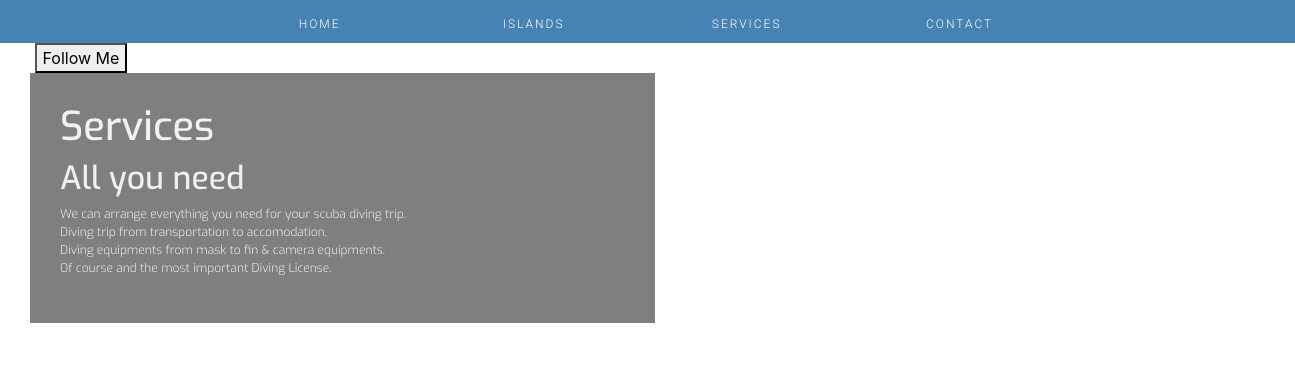
Repository: Code-Institute-Submissions/cathyann-diving.github.io
Page: services.html
The author's editor kept a record of every edit. The page is drawn from the files as they stood at one moment, then again after the next edit.
The browser window is 1280 px wide. The page is 1295 px wide, so the pictures cover 1295 px, including what lies to the right of the window. The pictures show the whole page.

Above is the page before.

### services.html
<!DOCTYPE html>
<html lang="en">

<head>
    <meta charset="UTF-8">
    <meta name="viewport" content="width=device-width, initial-scale=1.0">
    <meta http-equiv="X-UA-Compatible" content="ie=edge">
    <link rel="stylesheet" href="https://stackpath.bootstrapcdn.com/bootstrap/4.3.1/css/bootstrap.min.css" type="text/css">
    <link rel="stylesheet" href="https://stackpath.bootstrapcdn.com/font-awesome/4.7.0/css/font-awesome.min.css" type="text/css">
    <link rel="stylesheet" href="https://cdnjs.cloudflare.com/ajax/libs/hover.css/2.3.1/css/hover-min.css" type="text/css">
    <link rel="stylesheet" href="assets/css/style.css" type="text/css">
    <title>Diving</title>
</head>

<body>
    <div class="row">
        <div class="navbar">
            <div class="col">
                <ul id="nav" class="list-inline menucontainer">
                    <li class="col-0 col-sm-0 col-lg-2 list-inline-item menuitem"></li>
                    <li class="col-6 col-sm-3 col-lg-2 list-inline-item menuitem">
                        <a href="home.html" class="hvr-sweep-to-bottom"><span>Home</span></a>
                    </li>
                    <li class="col-6 col-sm-3 col-lg-2 list-inline-item menuitem">
                        <a href="islands.html" class="hvr-sweep-to-bottom"><span>Islands</span></a>
                    </li>
                    <li class="col-6 col-sm-3 col-lg-2 list-inline-item menuitem">
                        <a href="services.html" class="hvr-sweep-to-bottom"><span>Services</span></a>
                    </li>
                    <li class="col-6 col-sm-3 col-lg-2 list-inline-item menuitem">
                        <a href="contact.html" class="hvr-sweep-to-bottom"><span>Contact</span></a>
                    </li>
                    <li class="col-0 col-sm-0 col-lg-2 list-inline-item menuitem"></li>
                </ul>
            </div>
        </div>
    </div>
    <div class="col">
        <div class="main container" id="Home">
            <img src="#" alt="">
            <div class="content col-12 col-sm-6 col-lg-6">
            <h1>Services</h1>
            <h2>All you need</h2>
            <p>We can arrange everything you need for your scuba diving trip.<br>
            Diving trip from transportation to accomodation,<br>
            Diving equipments from mask to fin & camera equipments.<br>
            Of course and the most important Diving License.<br>
        </div>
        <button>Follow Me</button>
    </div>





</body>

</html>

### assets/css/style.css
@import url('https://fonts.googleapis.com/css?family=Roboto:100,200,300,400,500,600,700|Exo:100,200,300,400,500,600,700');

/*--------------------------------------------Landing.html */

.bg-landing {
    position: fixed;
    background-image: url("../images/jellyfish.jpg");
    display: inline-block;
    background-position: center;
    background-repeat: no-repeat;
    background-size: cover;
    height: 100%;
    width: 100%;
    transition: all .5s ease-in-out;
    -moz-transition: all .5s ease-in-out;
    -webkit-transition: all .5s ease-in-out;
}

.btn {
    position: absolute;
    top: 50%;
    left: 50%;
    transform: translate(-50%, -50%);
    -ms-transform: translate(-50%, -50%);
    background-color: #6495ed;
    color: #00008B;
    font-size: 16px;
    font-family: "Roboto", sans-serif;
    font-weight: 400;
    padding: 10px 30px;
    border: none;
    border-radius: 5px;
    text-align: center;
}

.btn span {
    display: inline-block;
    position: relative;
    transition: 0.5s;
}

.btn span:after {
    content: '\00bb';
    position: absolute;
    opacity: 0;
    top: 0;
    right: -20px;
    transition: 0.5s;
}

.btn:hover span {
    padding-right: 25px;
}

.btn:hover span:after {
    opacity: 1;
    right: 0;
}

/*--------------------------------------------Fixed navbar */

.navbar {
    background-color: #4682B4;
    top: 0;
    width: 100%;
    padding: 0px;
}

.navbar a {
    display: block;
    color: #fff;
    text-align: center;
    padding: 10px 18px;
    text-decoration: none;
    font-size: 12px;
}

#nav li {
    font-size: 12px;
    padding: 0;
}

#nav {
    margin: 0;
}

.menuitem span {
    display: block;
    width: 100%;
    padding-top: 5px;
    text-align: center;
    text-transform: uppercase;
    font-family: "Roboto", sans-serif;
    font-size: 12px;
    font-weight: 300;
    letter-spacing: 2px;
}

.list-inline-item:not(:last-child) {
    margin: 0;
}

.menucontainer {
    font-size: 0;
}

/*--------------------------------------------Hover.css*/

.hvr-sweep-to-bottom:before {
    background: #008B8B;
    height: 100%;
    color: black;
}


/*--------------------------------------------Content */

.container {
    position: relative;
    max-width: 100%;
    margin: auto;
    height: 50%;
}

.container img {
    vertical-align: middle;
}

.bg-home {
    background-image: url("../images/diver.jpg");
}

.container .content {
    position: absolute;
    background: rgb(0, 0, 0, 0.5);
    color: #f1f1f1;
    font-family: "EXO", sans-serif;
    font-size: 12px;
    font-weight: 300;
    padding: 30px;
}


/*--------------------------------------------Contact Form */

.contact-heading {
    font-family: "Exo", sans-serif;
    font-weight: 300;
    margin-top: 25px;
    margin-bottom: 20px;
}

.center-form {
    padding: 10px;
    margin: 0 auto;
    max-width: 70%;
}

button[type="submit"] {
    margin-top: 30px;
    margin-bottom: 20px;
    color: #fafafa;
    background-color: #4682B4;
}

.form-control {
    border: 1px solid black;
    font-family: inherit;
}

/*--------------------------------------------Follow me btn */

.button {
    margin-top: 5px;
    margin-bottom: 10px;
    color: #fafafa;
    background-color: #4682B4;
    padding: 5px 10px;
    border: none;
    font-family: "EXO", sans-serif;
}

After the next edit:
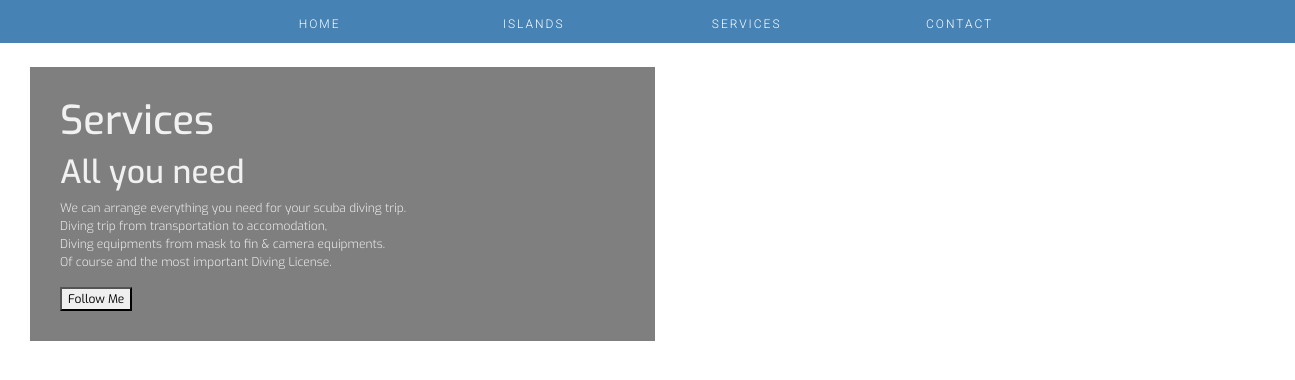
The edit:
--- a/services.html
+++ b/services.html
@@ -45,8 +45,9 @@
             Diving trip from transportation to accomodation,<br>
             Diving equipments from mask to fin & camera equipments.<br>
             Of course and the most important Diving License.<br>
+            </p>
+            <button>Follow Me</button>
         </div>
-        <button>Follow Me</button>
     </div>
 
 
